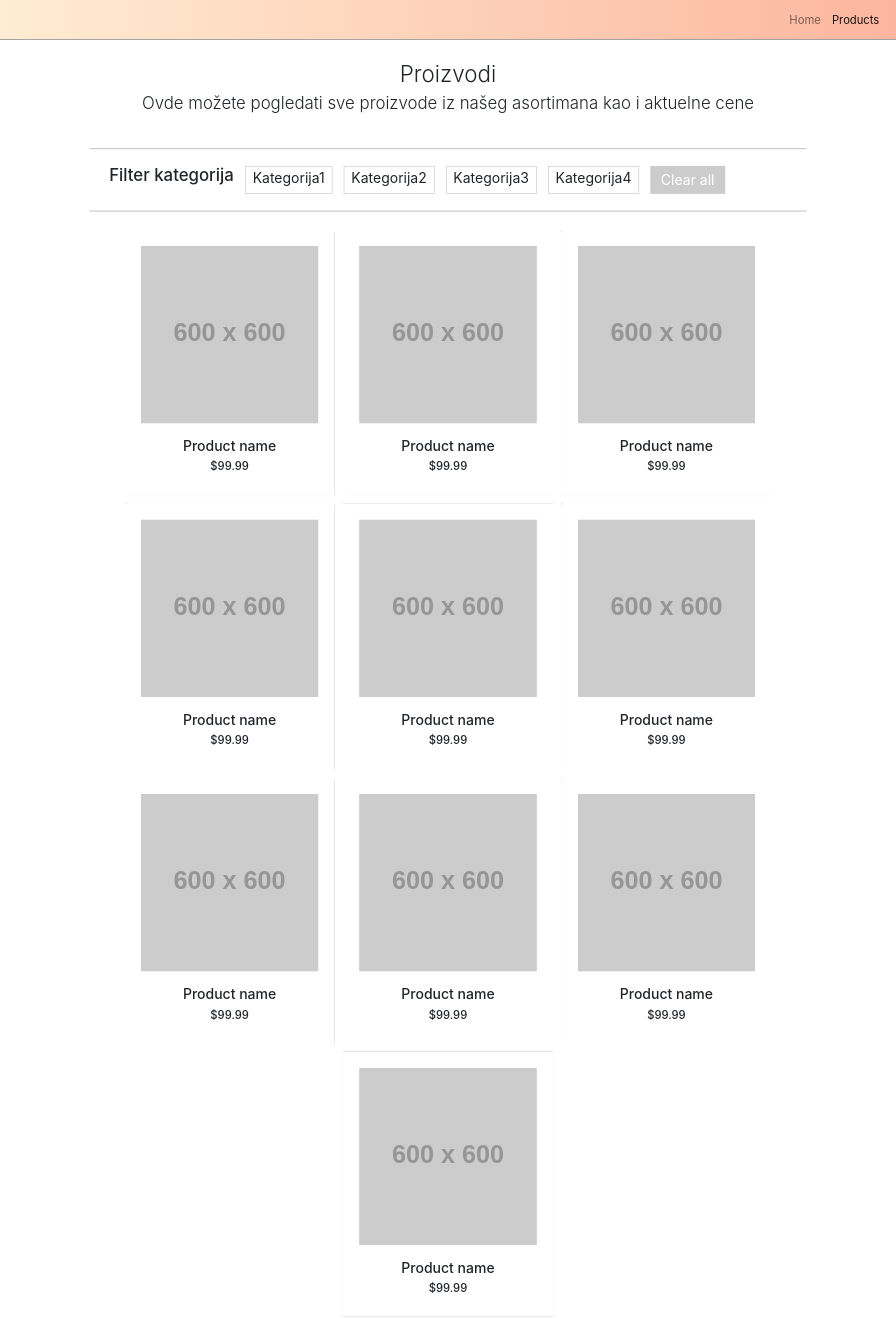
Repository: StevanFilipovic/TemplateForSinglepageWebsite
Page: products.html
These files come from the project's save history. The page is drawn as it stood at one moment and after the next save; the edit follows.
The browser window is 1280 px wide. The pictures show the whole page, at 70% of full size.
The first visible `.button-clear` is being pressed.
Some web libraries are served in a nearby version.

Above is the page before, as saved 2018-06-15 12:41:13.

### products.html
<!doctype html>
<html>
<head>
	<meta charset="utf-8">
	<title>One Page Scroll</title>
	<meta name="title" content="Website by Stevan" />
	<meta name="description" content="Proizvodi"/>
    <link rel="shortcut icon" id="favicon" href="">
    <meta name="viewport" content="initial-scale=1, width=device-width, maximum-scale=1, minimum-scale=1, user-scalable=no">
	<link href='http://fonts.googleapis.com/css?family=Open+Sans:300,400,700' rel='stylesheet' type='text/css'>
	<link href='http://fonts.googleapis.com/css?family=Pacifico:400' rel='stylesheet' type='text/css'>
	<script type="text/javascript" src="http://code.jquery.com/jquery-1.9.1.js"></script>
  <link href='products-page-style.css' rel='stylesheet' type='text/css'>
  <!-- Da bi koristili less potrebno je odkomentarisati donje dve linije i uraditi konverziju css-a i ubaciti u dole navedene fajlove -->
  <!-- <link rel="stylesheet/less" type="text/css" href="onepage-scrool.less" /> -->
  <!-- <link rel="stylesheet/less" type="text/css" href="styles.less" /> -->
  <!-- <script src="less.js" type="text/javascript"></script> -->
  <link rel="stylesheet" href="https://stackpath.bootstrapcdn.com/bootstrap/4.1.1/css/bootstrap.min.css" integrity="sha384-WskhaSGFgHYWDcbwN70/dfYBj47jz9qbsMId/iRN3ewGhXQFZCSftd1LZCfmhktB" crossorigin="anonymous">

<script>
    $(document).ready(function() {
  var $products = $('.grid-products'),
      $filters = $("#filters input[type='checkbox']"),
      product_filter = new ProductFilterLevel1($products, $filters);
  product_filter.init();
});

function ProductFilterLevel1(products, filters) {
  var _this = this;

  this.init = function() {
    this.products = products;
    this.filters = filters;
    this.bindEvents();
  };

  this.bindEvents = function() {
    this.filters.click(this.filterGridProducts);
    $('#none').click(this.removeAllFilters);
  };

  this.filterGridProducts = function() {
    _this.products.hide();
    var selectedFilters = _this.filters.filter(':checked');
    if (selectedFilters.length) {
      var selectedFiltersValues = [];
      selectedFilters.each(function() {
        var currentFilter = $(this);
        selectedFiltersValues.push("[data-" + currentFilter.attr('name') + "='" + currentFilter.val() + "']");
      });
      _this.products.filter(selectedFiltersValues.join(',')).show();
    } else {
      _this.products.show();
    }
  };

  this.removeAllFilters = function() {
    _this.filters.prop('checked', false);
    _this.products.show();
  }
}
</script>

</head>
<body>
        <div class="header">
                <nav class="navbar navbar-expand-lg navbar-light">
                  <!-- <a class="navbar-brand" href="#">Navbar</a> -->
                  <button class="navbar-toggler" type="button" data-toggle="collapse" data-target="#navbarNavDropdown" aria-controls="navbarNavDropdown" aria-expanded="false" aria-label="Toggle navigation">
                    <span class="navbar-toggler-icon"></span>
                  </button>
                  <div class="collapse navbar-collapse justify-content-end" id="navbarNavDropdown">
                    <ul class="navbar-nav">
                      <li class="nav-item ">
                        <a class="nav-link" href="index.html">Home </a>
                      </li>
                      <li class="nav-item active">
                        <a class="nav-link" href="products.html">Products<span class="sr-only">(current)</span></a>
                      </li>
                      </li>
                    </ul>
                  </div>
                </nav>
                </div>
<div class="intro-text">
    <h2>Proizvodi</h2>
    <h4>Ovde možete pogledati sve proizvode iz našeg asortimana kao i aktuelne cene</h4>
</div>
<div id="filters" class="products">
    <div class="filter-wrapper">
      <h4>Filter kategorija</h4>

      <input type="checkbox" name="colour" id="category1" value="category1" ></input>
      <label for="category1">Kategorija1</label>

      <input type="checkbox" name="colour" id="category2" value="category2"></input>
      <label for="category2">Kategorija2</label>

      <input type="checkbox" name="colour" id="category3" value="category3"></input>
      <label for="category3">Kategorija3</label>

      <input type="checkbox" name="colour" id="category4" value="category4"></input>
      <label for="category4">Kategorija4</label>

    </div>
    <div>
      <input class="button-clear dugme" type="button" id="none" value="Clear all"></input>
    </div>
  </div>

          <section class="products">
                <div class="product-card grid-products" data-colour="category1">
                    <div class="product-image">
                        <img src="http://via.placeholder.com/600x600">
                    </div>
                    <div class="product-info">
                        <h5>Product name</h5>
                        <h6>$99.99</h6>
                    </div>
                </div>

                <div class="product-card grid-products" data-colour="category1">
                    <div class="product-image">
                        <img src="http://via.placeholder.com/600x600">
                    </div>
                    <div class="product-info">
                        <h5>Product name</h5>
                        <h6>$99.99</h6>
                    </div>
                </div>

                <div class="product-card grid-products" data-colour="category2">
                    <div class="product-image">
                        <img src="http://via.placeholder.com/600x600">
                    </div>
                    <div class="product-info">
                        <h5>Product name</h5>
                        <h6>$99.99</h6>
                    </div>
                </div>

                <div class="product-card grid-products" data-colour="category2">
                    <div class="product-image">
                        <img src="http://via.placeholder.com/600x600">
                    </div>
                    <div class="product-info">
                        <h5>Product name</h5>
                        <h6>$99.99</h6>
                    </div>
                </div>

                <div class="product-card grid-products" data-colour="category3">
                    <div class="product-image">
                        <img src="http://via.placeholder.com/600x600">
                    </div>
                    <div class="product-info">
                        <h5>Product name</h5>
                        <h6>$99.99</h6>
                    </div>
                </div>

                <div class="product-card grid-products" data-colour="category3">
                    <div class="product-image">
                        <img src="http://via.placeholder.com/600x600">
                    </div>
                    <div class="product-info">
                        <h5>Product name</h5>
                        <h6>$99.99</h6>
                    </div>
                </div>

                <div class="product-card grid-products" data-colour="category3">
                    <div class="product-image">
                        <img src="http://via.placeholder.com/600x600">
                    </div>
                    <div class="product-info">
                        <h5>Product name</h5>
                        <h6>$99.99</h6>
                    </div>
                </div>

                <div class="product-card grid-products" data-colour="category4">
                    <div class="product-image">
                        <img src="http://via.placeholder.com/600x600">
                    </div>
                    <div class="product-info">
                        <h5>Product name</h5>
                        <h6>$99.99</h6>
                    </div>
                </div>

                <div class="product-card grid-products" data-colour="category4">
                    <div class="product-image">
                        <img src="http://via.placeholder.com/600x600">
                    </div>
                    <div class="product-info">
                        <h5>Product name</h5>
                        <h6>$99.99</h6>
                    </div>
                </div>

                <div class="product-card grid-products" data-colour="category4">
                    <div class="product-image">
                        <img src="http://via.placeholder.com/600x600">
                    </div>
                    <div class="product-info">
                        <h5>Product name</h5>
                        <h6>$99.99</h6>
                    </div>
                </div>

            </section>

</body>
</html>

### products-page-style.css
.header{
    background-image: linear-gradient(to right, #ffecd2 0%, #fcb69f 100%);
    border-bottom: 1px solid gray;
}
.intro-text{
  margin: 30px auto 50px;
}
.intro-text h2, .intro-text h4{
  text-align: center;
    font-weight: 300;
}
.products {
	display: flex;
    flex-wrap: wrap;
    width: 90%;
    margin: auto;
    justify-content: center;
}
#filters{
  justify-content: start;
  width: 80%;
  border-top: 1px solid #a7a7a7;
  border-bottom: 1px solid #a7a7a7;
  margin-bottom: 20px;
  padding: 20px;

}

.product-card {
	display: flex;
	flex-direction: column;
    max-width: 300px;
	padding: 2%;
  /* flex: 1 16%; */
  margin: 6px;

	background-color: #FFF;
	box-shadow: 0px 0px 1px 0px rgba(0,0,0,0.25);
}

.product-image img {
	width: 100%;
}

.product-info {
	margin-top: auto;
	padding-top: 20px;
	text-align: center;
}

@media ( max-width: 920px ) {

	/* .product-card {
		flex: 1 21%;
	} */

	/* .products .product-card:first-child,
	.products .product-card:nth-child(2) {
		flex: 2 46%;
	} */

}

@media ( max-width: 600px ) {

	/* .product-card {
		flex: 1 46%;
	} */

}

@media ( max-width: 480px ) {

	h1 {
		margin-bottom: 20px;
	}

	.product-filter {
		flex-direction: column;
	}

	.sort {
		align-self: flex-start;
	}

}


/* Checkmark */

/* Customize the label (the container) */
.filter-wrapper input[type=checkbox]{
  display: none;
}


.filter-category{
  border: 1px solid #cccccc;
  padding: 2px 10px;
  margin: auto 8px;
}

input[type=checkbox] + label {
  display: block;
  position: relative;
  margin: 4px 8px;
  cursor: pointer;
  font-size: 20px;
  -webkit-user-select: none;
  -moz-user-select: none;
  -ms-user-select: none;
  user-select: none;
  border: 1px solid #cccccc;
  padding: 2px 10px;
  transition:all 0.3s ease;
}
input[type=checkbox]:checked + label {
  background: #fdbfa7;
  border: 1px solid #fdbfa7;
  color: white;
}

input[type=checkbox]:hover + label {
  border: 1px solid #fdbfa7;
  box-shadow: inset 0 0 0 1px #fdbfa7;
  transition:all 0.3s ease;
}




  /* Hide the browser's default checkbox */
  .filter-container input {
    position: absolute;
    opacity: 0;
    cursor: pointer;
  }

  /* Create a custom checkbox */
  .checkmark {
    position: absolute;
    top: 0;
    left: 0;
    height: 30px;
    width: 30px;
    background-color: #eee;
    display: none;
  }

  /* On mouse-over, add a grey background color */
  .filter-container:hover input ~ .checkmark {
    background-color: #ccc;
  }

  /* When the checkbox is checked, add a blue background */
  .filter-container input:checked ~ .checkmark {
    background-color: #fdbfa7;
  }

  /* Create the checkmark/indicator (hidden when not checked) */
  .checkmark:after {
    content: "";
    position: absolute;
    display: none;
  }

  /* Show the checkmark when checked */
  .filter-container input:checked ~ .checkmark:after {
    display: block;
  }

  /* Style the checkmark/indicator */
  .filter-container .checkmark:after {
    left: 9px;
    top: 5px;
    width: 10px;
    height: 15px;
    border: solid white;
    border-width: 0 3px 3px 0;
    -webkit-transform: rotate(45deg);
    -ms-transform: rotate(45deg);
    transform: rotate(45deg);
  }

  .filter-wrapper{
      display: contents;
      margin-bottom: 15px;
  }
  .filter-wrapper h4{
    margin: 4px 8px;
  }

  .button-clear{
    background: #FDBFA7;
    font-size: 20px;
    color: white;
    border-style: none;
    cursor: pointer;
    padding: 5px 15px;
    margin: 4px 8px;
  }

  .button-clear:focus{
    outline: none;
  }

  .button-clear:active{
    background: #cccccc;
  }

After the next save:
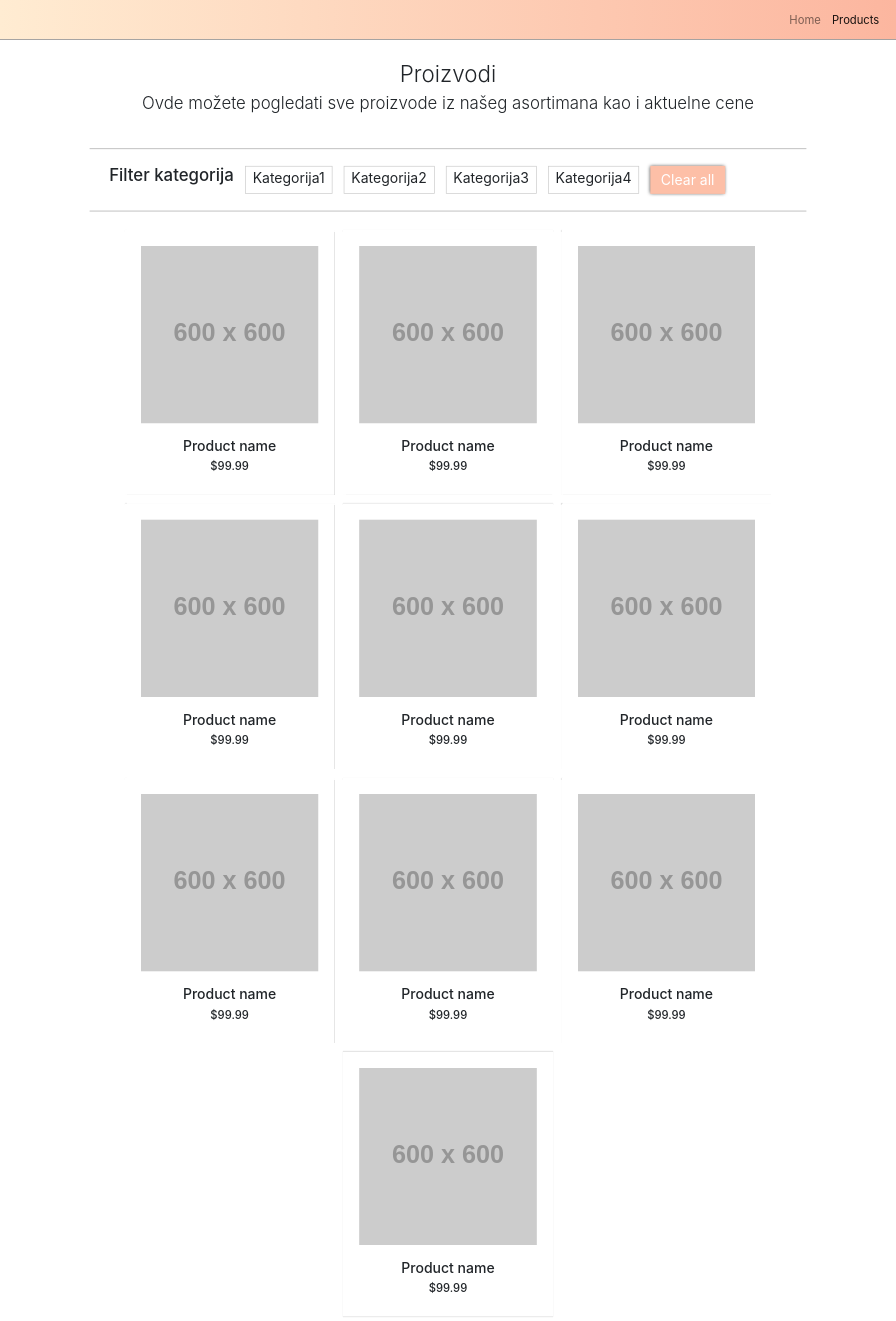
Saved 44 s later.
--- a/products-page-style.css
+++ b/products-page-style.css
@@ -205,5 +205,7 @@ input[type=checkbox]:hover + label {
   }
 
   .button-clear:active{
-    background: #cccccc;
-  }
+    -webkit-box-shadow: 0px 0px 5px 0px rgba(0,0,0,0.75);
+-moz-box-shadow: 0px 0px 5px 0px rgba(0,0,0,0.75);
+box-shadow: 0px 0px 5px 0px rgba(0,0,0,0.75);
+  }
